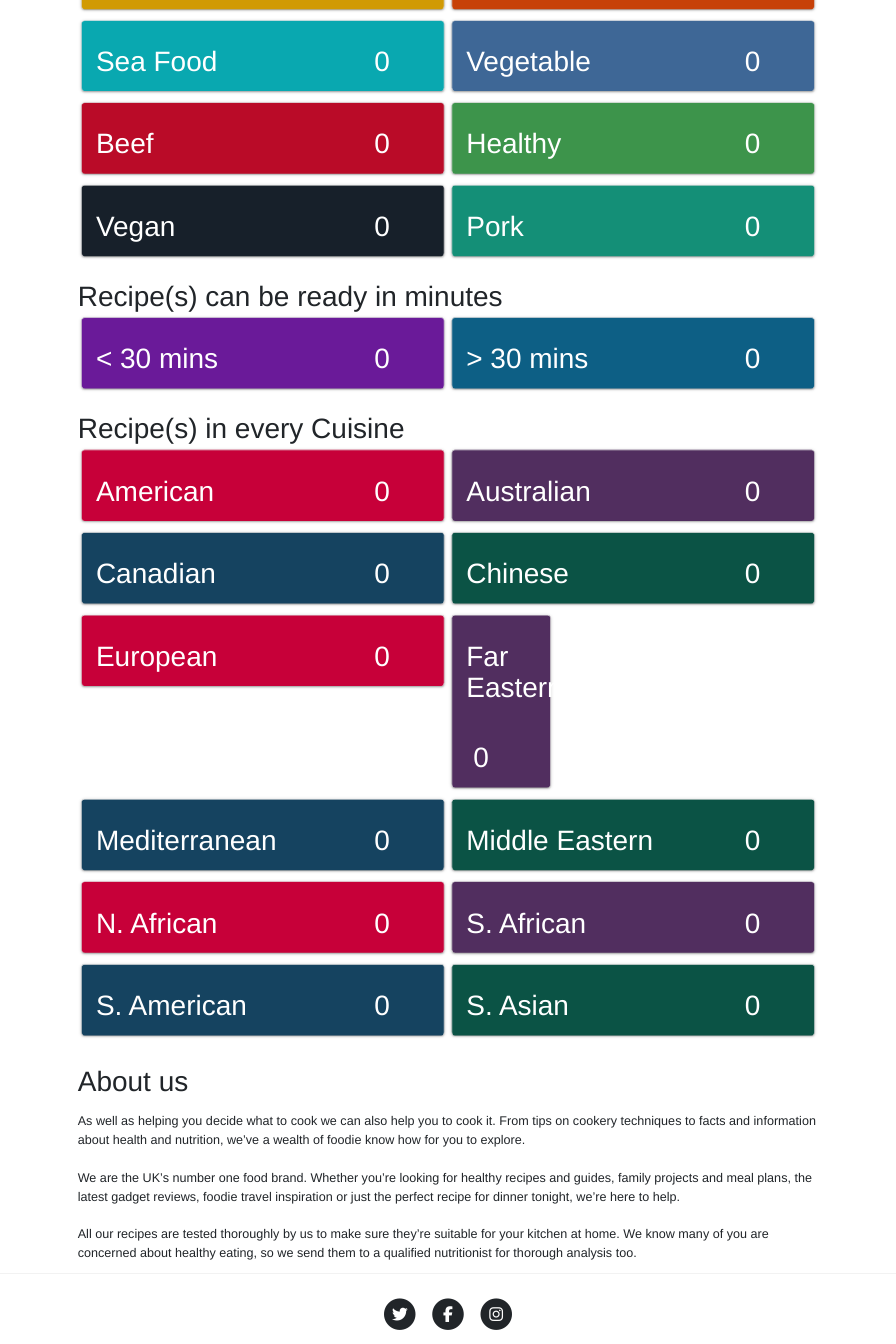
Repository: Code-Institute-Submissions/simas-recipes
Page: http://localhost/
The author's editor kept a record of every edit. The page is drawn from the files as they stood at one moment, then again after the next edit.
The browser window is 1280 px wide. The pictures show the part of the page from y = 753 to 2673 px (the page is 2673 px tall before and 2528 px after), at 70% of full size.
Some web fonts or font styles are not loaded; a fallback is used. Some web libraries are served in a nearby version. The page is served by the project's application, run on Flask 3 (run.py). Queries for data that is not in the repository find no rows.

Above is the page before.
Console error: ReferenceError: emailjs is not defined

After the next edit:
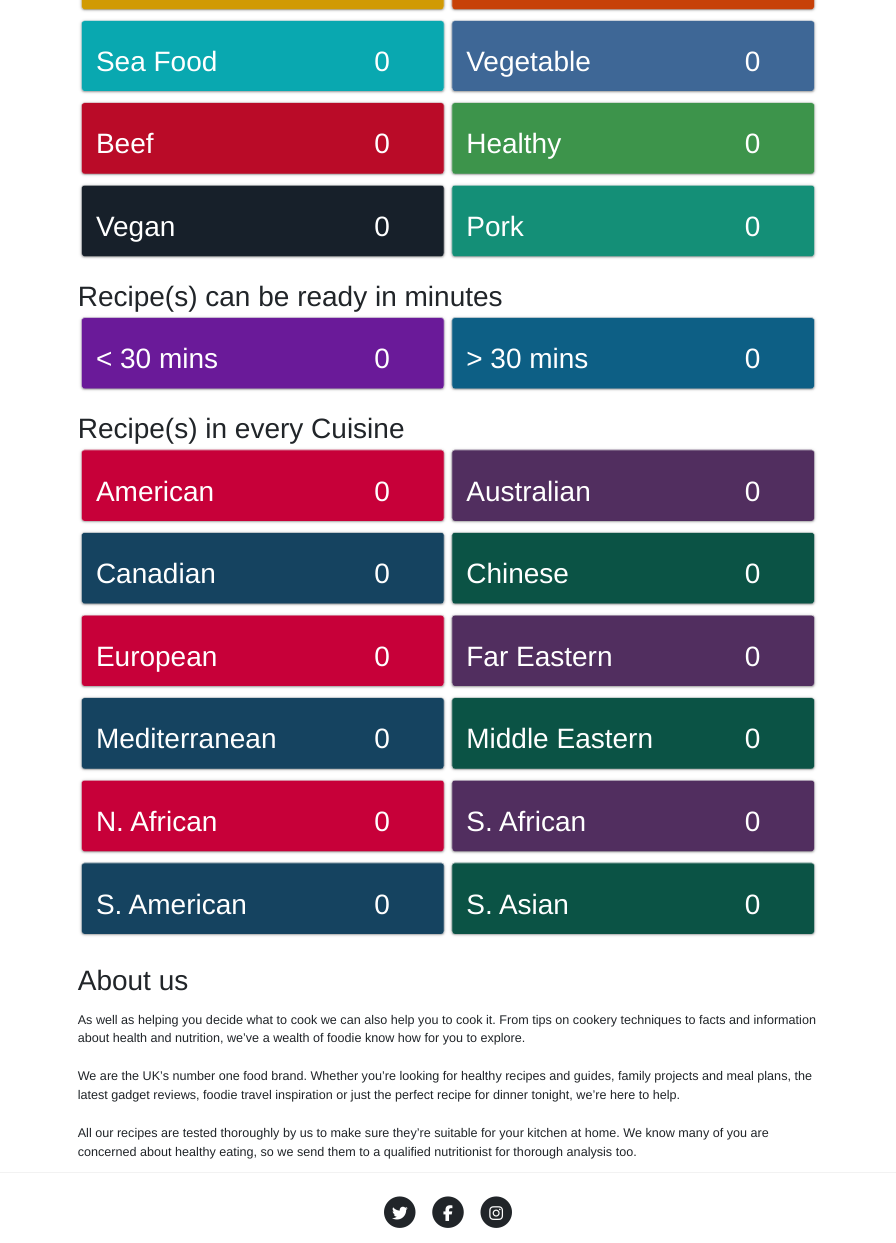
The edit:
--- a/templates/index.html
+++ b/templates/index.html
@@ -238,6 +238,7 @@
                     {{ recipe_euc|selectattr('recipe_cuisine', 'equalto', 'European Cuisine')|list|length }}
                 </h2>
             </div>
+            </a>
         </div>
 
         <!--Amount of recipes available for FAR EASTERN CUISINE-->
